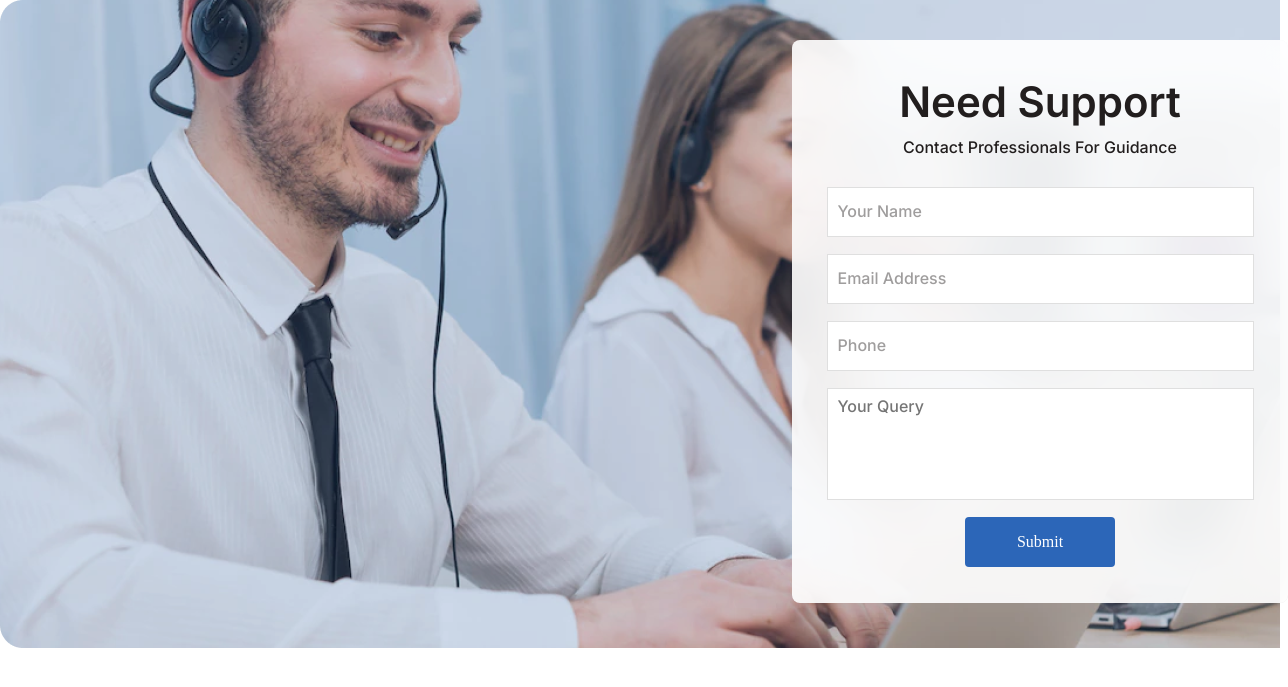
Repository: FaridRustamov09/Final-Task
Page: Pages/supportPage/index.html
These files come from the project's save history. The page is drawn as it stood at one moment and after a run of saves; the edit follows.
The browser window is 1280 px wide. The page is 1288 px wide, so the pictures cover 1288 px, including what lies to the right of the window. The pictures show the whole page.
The style sheet was rebuilt from its Sass, Less or Tailwind sources for each picture, by a compiler version that may differ from the author's.

Above is the page before, as saved 2024-07-14 20:44:20.

### Pages/supportPage/index.html
<!DOCTYPE html>
<html lang="en">
  <head>
    <meta charset="UTF-8" />
    <meta name="viewport" content="width=device-width, initial-scale=1.0" />
    <title>Document</title>
    <link rel="stylesheet" href="index.css" />
  </head>
  <body>
    <div class="container5">
      <div class="support">
        <form action="">
          <b>Need Support</b>
          <p>Contact professionals for guidance</p>
          <input placeholder="Your Name" type="text" />
          <input placeholder="Email Address" type="email" />
          <input placeholder="Phone" type="number" />
          <textarea placeholder="Your Query" name="" id=""></textarea>
          <button type="submit">Submit</button>
        </form>
      </div>
    </div>
  </body>
</html>

### Pages/supportPage/index.scss
@import url("https://fonts.googleapis.com/css2?family=Inter:wght@100..900&display=swap");
* {
  margin: 0;
  padding: 0;
  box-sizing: border-box;
}
.container5 {
  width: 100%;
  background-image: url(../../images/Rectangle\ 39.png);
  background-repeat: no-repeat;
  min-height: 100vh;
  .support {
    margin-left: 800px;
    padding-top: 40px;
    display: flex;
    flex-direction: column;
    align-items: center;
    justify-content: center;
    form {
      width: 496px;
      height: 563px;
      border-radius: 8px;
      background: rgba(255, 255, 255, 0.9);
      backdrop-filter: blur(25px);
      display: flex;
      flex-direction: column;
      align-items: center;
      justify-content: center;
      b {
        color: var(--black, #221e1e);
        font-family: Inter;
        font-size: 42px;
        font-style: normal;
        font-weight: 600;
        line-height: normal;
        margin-bottom: 10px;
      }
      p {
        color: var(--black, #221e1e);
        text-align: center;
        font-family: Inter;
        font-size: 16px;
        font-style: normal;
        font-weight: 500;
        line-height: normal;
        text-transform: capitalize;
        margin-bottom: 30px;
      }
      input {
        width: 427px;
        height: 50px;
        border: 1px solid #dfdfdf;
        padding: 7px 10px;
        outline: none;
        margin-bottom: 17px;
        &::placeholder {
          color: #9f9d9d;
          font-family: Inter;
          font-size: 16px;
          font-style: normal;
          font-weight: 500;
          line-height: normal;
          text-transform: capitalize;
        }
      }
      textarea {
        width: 427px;
        height: 112px;
        border: 1px solid #dfdfdf;
        resize: none;
        outline: none;
        padding: 7px 10px;
        margin-bottom: 17px;
        color: #9f9d9d;
        font-family: Inter;
        font-size: 16px;
        font-style: normal;
        font-weight: 500;
        line-height: normal;
        text-transform: capitalize;
      }
      button {
        width: 150px;
        height: 50px;
        background-color: #2c66b8;
        border: none;
        border-radius: 4px;
        color: #fff;
        font-family: Poppins;
        font-size: 16px;
        font-style: normal;
        font-weight: 500;
        line-height: normal;
        text-transform: capitalize;
      }
    }
  }
}

After the next 4 saves:
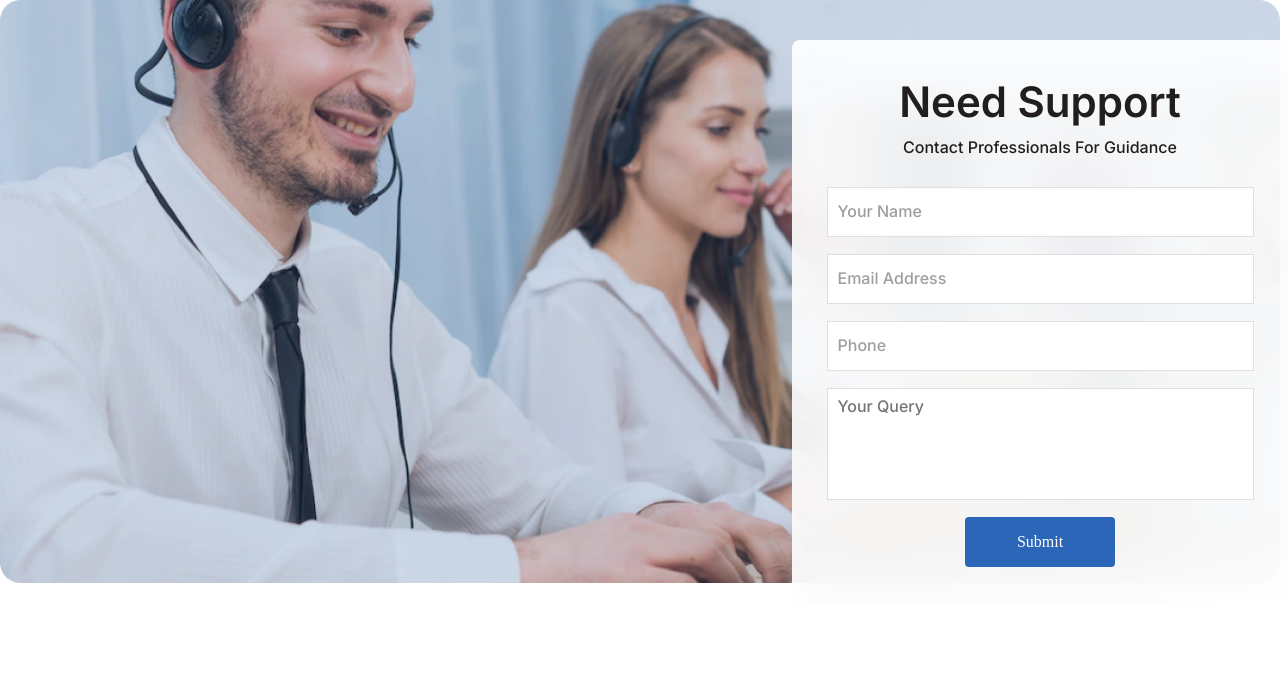
The 4 saves are shown as one change because 1 did not build or start and some came seconds apart.
The last was saved 13 s later.
--- a/Pages/supportPage/index.scss
+++ b/Pages/supportPage/index.scss
@@ -8,6 +8,7 @@
   width: 100%;
   background-image: url(../../images/Rectangle\ 39.png);
   background-repeat: no-repeat;
+  background-size: 100%;
   min-height: 100vh;
   .support {
     margin-left: 800px;
